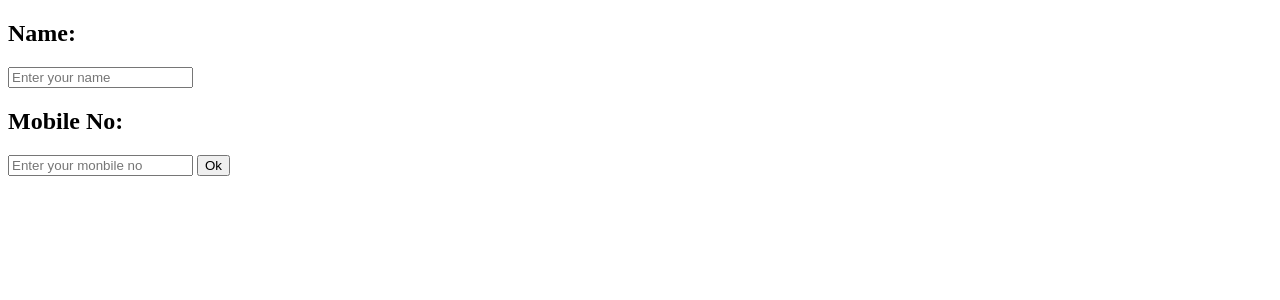
Repository: akki1071993/JavaServlet
Page: MyFirstServletApp/src/main/webapp/index.html
These files come from the project's save history. The page is drawn as it stood at one moment and after the next save; the edit follows.
The browser window is 1280 px wide. The pictures show the whole page.

Above is the page before, as saved 2022-06-14 07:53:04.

### MyFirstServletApp/src/main/webapp/index.html
<!DOCTYPE html>
<html>
<head>
<meta charset="ISO-8859-1">
<title>Welcome to Akash World</title>
</head>
<body>
<h2>Name: </h2>
<input type="text" name="fname"  placeholder="Enter your name" />

<h2>Mobile No: </h2>
<input type="text" name="fname"  placeholder="Enter your monbile no" />

<button type="submit">Ok</button>

</body>
</html>

After the next save:
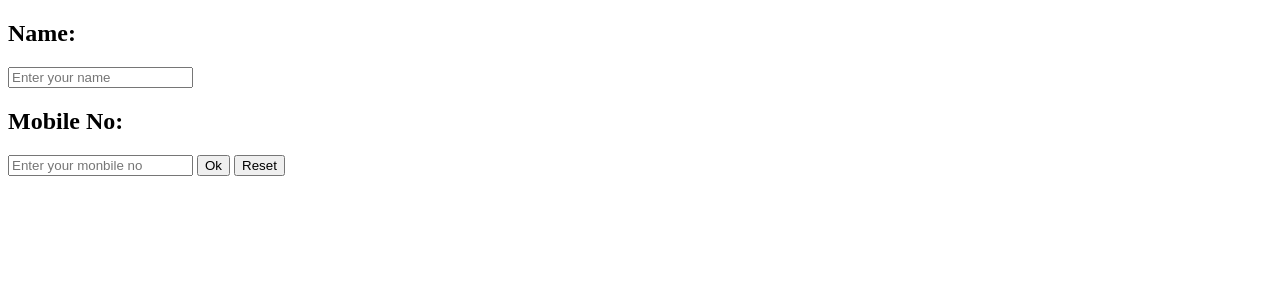
Saved 28 s later.
--- a/MyFirstServletApp/src/main/webapp/index.html
+++ b/MyFirstServletApp/src/main/webapp/index.html
@@ -12,6 +12,7 @@
 <input type="text" name="fname"  placeholder="Enter your monbile no" />
 
 <button type="submit">Ok</button>
+<button type="reset">Reset</button>
 
 </body>
 </html>
